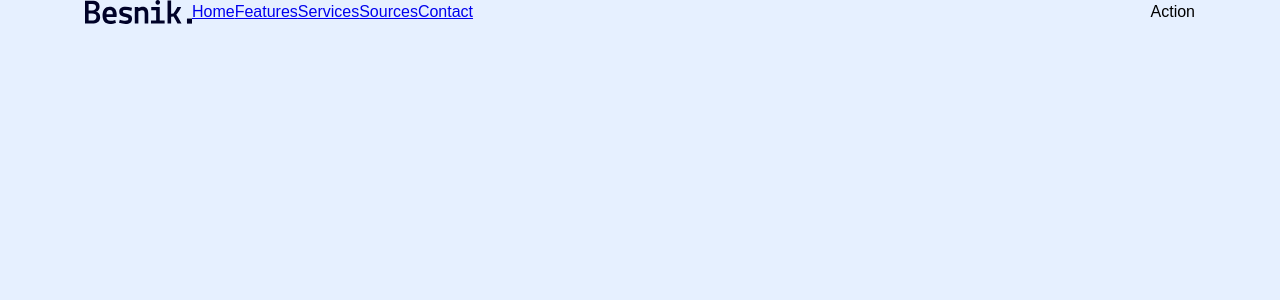
Repository: Daidoichihuy/project-01
Page: index.html
The author's editor kept a copy of each file at every save. The page is drawn from the files as they stood at one save, then again after the next save.
The browser window is 1280 px wide. The pictures show the whole page.

Above is the page before, as saved 2024-04-28 09:59:43.

After the next save:
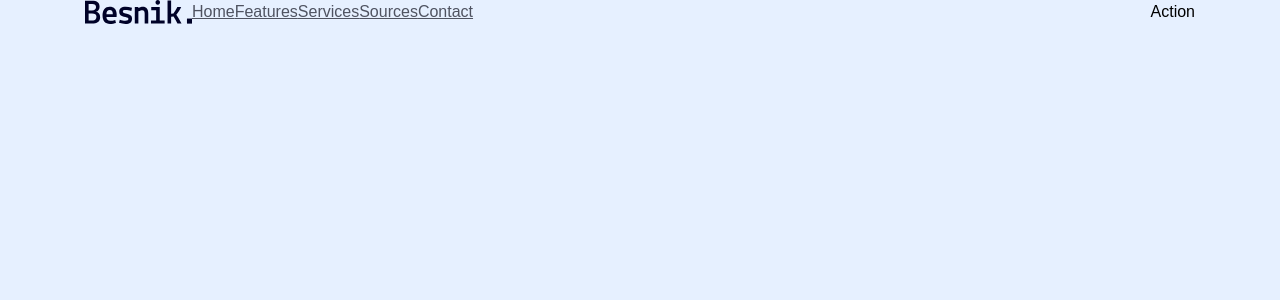
Saved 43 s later.
--- a/assets/css/style.css
+++ b/assets/css/style.css
@@ -32,7 +32,7 @@
   display: flex;
 }
 
-.navbar ul li {
+.navbar ul li a {
   font-weight: 500;
   line-height: normal;
   color: #4f5361;
